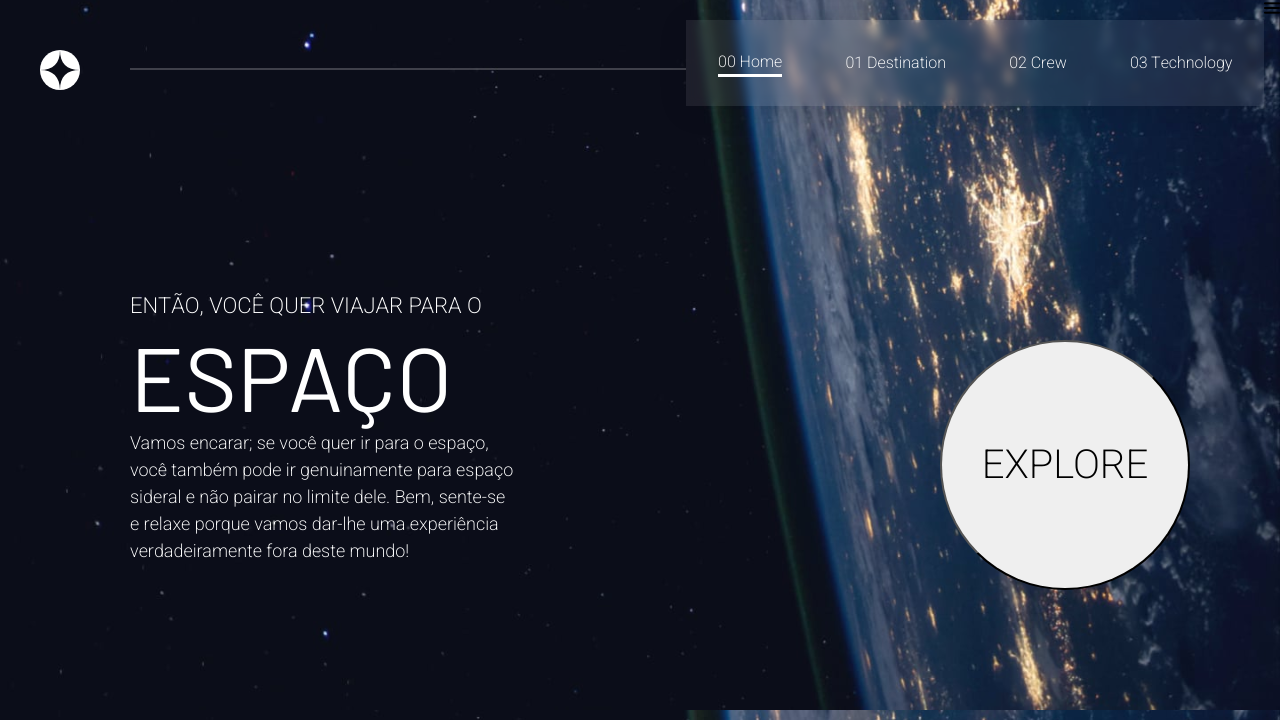
Repository: Leonngc/space-site
Page: space-tourism-website-main/space-tourism-website-main/starter-code/index.html
The author's editor kept a copy of each file at every save. The page is drawn from the files as they stood at one save, then again after a run of saves.
The browser window is 1280 px wide. The pictures show the whole page.
Some web libraries are served in a nearby version.

Above is the page before, as saved 2023-04-29 16:55:22.

After the next 5 saves:
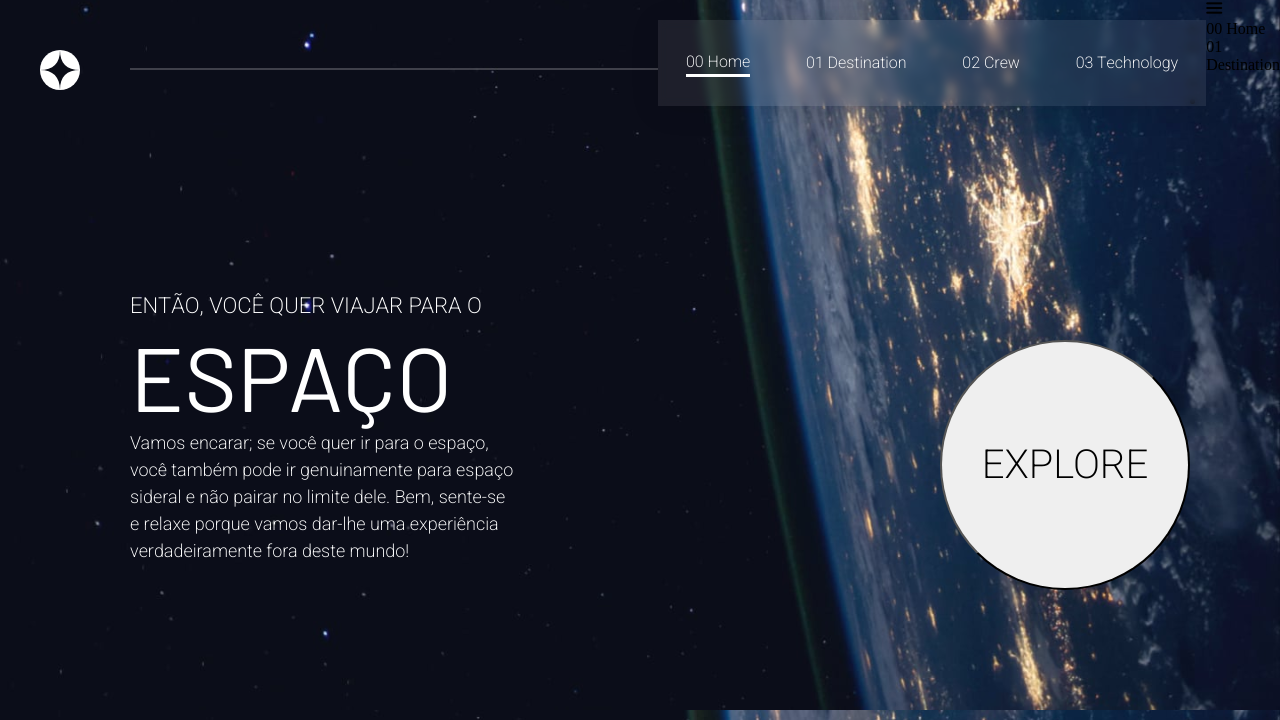
The 5 saves are shown as one change because they came seconds apart.
The last was saved 51 s later.
--- a/space-tourism-website-main/space-tourism-website-main/starter-code/index.html
+++ b/space-tourism-website-main/space-tourism-website-main/starter-code/index.html
@@ -31,8 +31,8 @@
 
         <nav class="menu-mobile">
           <ul>
-            <li class="item-mobile"></li>
-            <li class="item-mobile"></li>
+            <li class="item-mobile">00 Home</li>
+            <li class="item-mobile">01 Destination</li>
             <li class="item-mobile"></li>
             <li class="item-mobile"></li>
           </ul>
